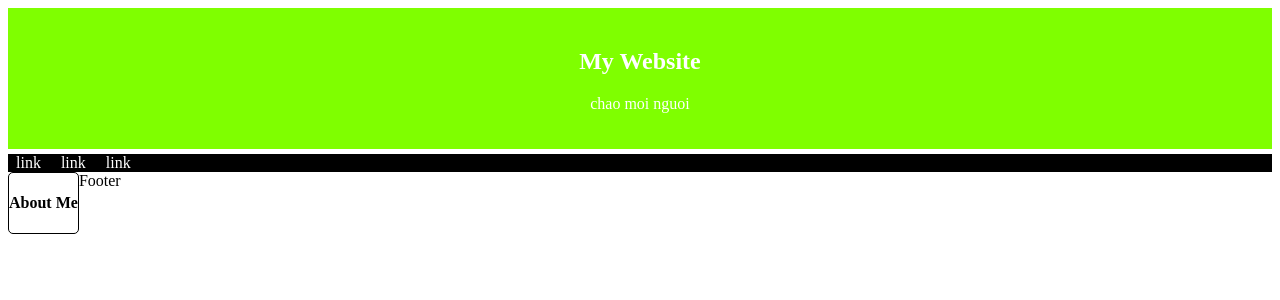
Repository: Lehuyhuynh/BTH2-CSS
Page: BTH2/index,.html
These files come from the project's save history. The page is drawn as it stood at one moment and after the next save; the edit follows.
The browser window is 1280 px wide. The pictures show the whole page.

Above is the page before, as saved 2023-08-11 10:50:06.

### BTH2/index,.html
<!DOCTYPE html>
<html lang="en">
<head>
  <meta charset="UTF-8">
  <meta name="viewport" content="width=device-width, initial-scale=1.0">
  <link rel="stylesheet" href="style.css">
  <title> TH 2</title>
</head>
<body>
  <div class="head">
    <h2>My Website</h2>
    <p>chao moi nguoi</p>
  </div>

  <div class="head-link">
    <p>link</p>
    <p>link</p>
    <p>link</p>
  </div>

  <div class="main">
    <div class="left">
      <h4>About Me</h4>
      <div></div>
    </div>

    <div class="center"></div>

    <div class="footer">Footer</div>
  </div>
</body>
</html>

### BTH2/style.css
*{
  box-sizing: border-box;
}
.head{
  background-color: chartreuse;
  padding: 20px 0;
  margin-bottom: 5px;
}
h2{
  text-align: center;
  color: white;
}
p{
  text-align: center;
  color: white;
}
.head-link{
  background-color: black;
}
.head-link p{
  display: inline;
  margin: 8px;
}
.left{
  border: 1px solid ;
  border-radius: 5px;
  float: left;
  margin-top: ;
}

After the next save:
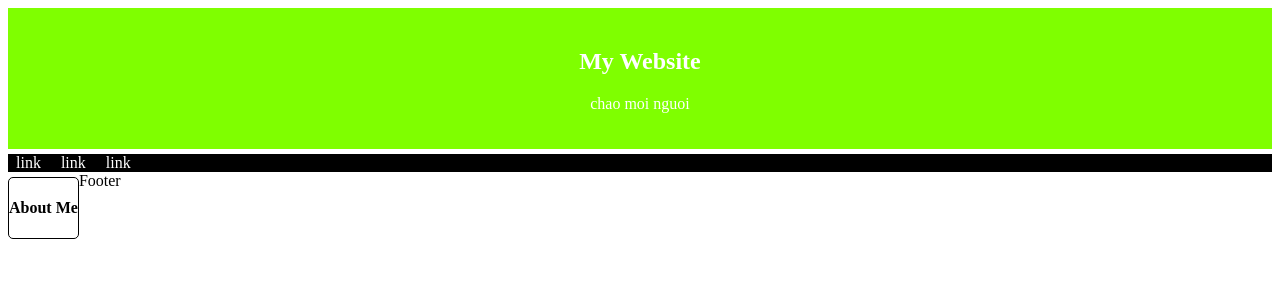
Saved 6 s later.
--- a/BTH2/style.css
+++ b/BTH2/style.css
@@ -25,5 +25,5 @@ p{
   border: 1px solid ;
   border-radius: 5px;
   float: left;
-  margin-top: ;
+  margin-top: 5px;
 }
